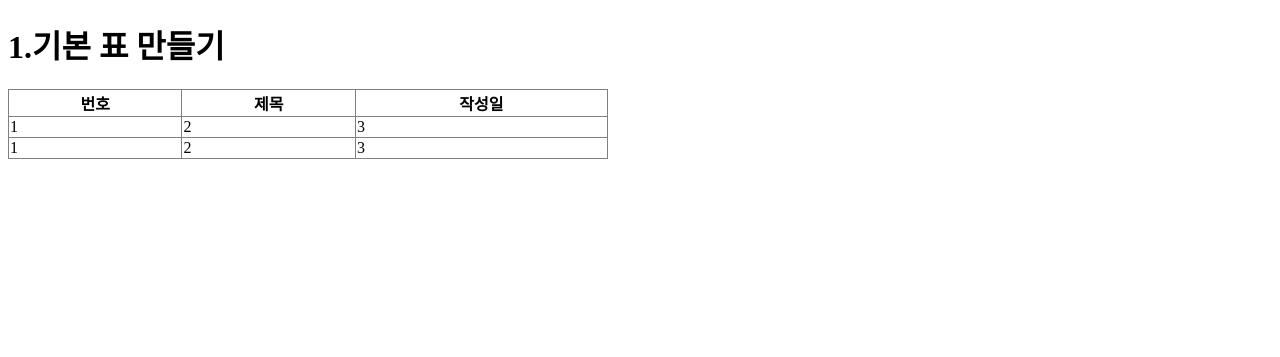
Repository: Junvelop/hkdevelope
Page: Downloads/back_end_edu20240624-master (1)/front_end_20240627/src/main/webapp/html05_표만들기.html
The author's editor kept a copy of each file at every save. The page is drawn from the files as they stood at one save, then again after the next save.
The browser window is 1280 px wide. The pictures show the whole page.

Above is the page before, as saved 2024-08-12 06:38:04.

After the next save:
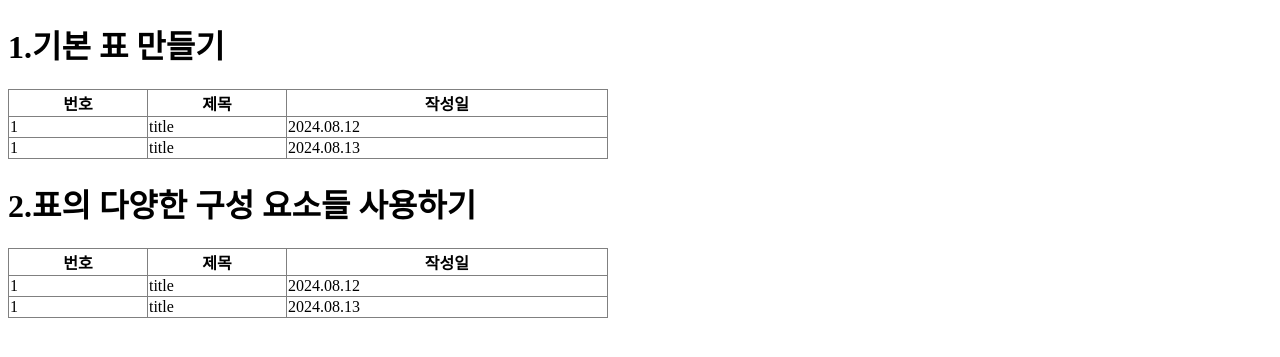
Saved 6 min 27 s later.
--- a/Downloads/back_end_edu20240624-master (1)/front_end_20240627/src/main/webapp/html05_표만들기.html
+++ b/Downloads/back_end_edu20240624-master (1)/front_end_20240627/src/main/webapp/html05_표만들기.html
@@ -14,12 +14,18 @@
 <h1>1.기본 표 만들기</h1>
 	<table border = "1" class = "tb">
 		<tr>    <th>번호</th>   <th>제목</th>    <th>작성일</th>    </tr>
-		<tr>    <td>1</td>   <td>2</td>    <td>3</td>    </tr>
-		<tr>    <td>1</td>   <td>2</td>    <td>3</td>    </tr>
+		<tr>    <td>1</td>   <td>title</td>    <td>2024.08.12</td>    </tr>
+		<tr>    <td>1</td>   <td>title</td>    <td>2024.08.13</td>    </tr>
+	</table>
 
 
+<h1>2.표의 다양한 구성 요소들 사용하기</h1>
+	<table border = "1" class = "tb">
+		<tr>    <th>번호</th>   <th>제목</th>    <th>작성일</th>    </tr>
+		<tr>    <td>1</td>   <td>title</td>    <td>2024.08.12</td>    </tr>
+		<tr>    <td>1</td>   <td>title</td>    <td>2024.08.13</td>    </tr>
+	</table>
 
-	</table>
 
 </body>
 </html>
